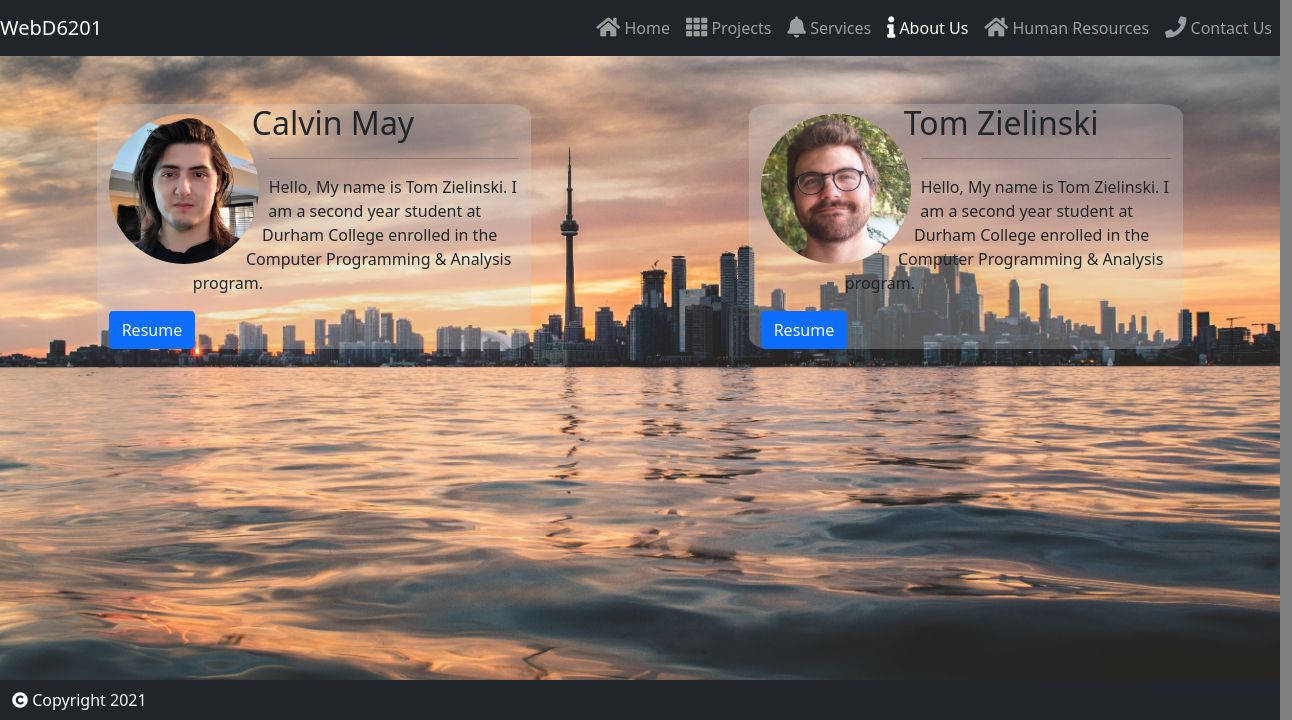
Repository: Tomelinski/Webd6201-Lab02
Page: about.html
The author's editor kept a copy of each file at every save. The page is drawn from the files as they stood at one save, then again after the next save.
The browser window is 1280 px wide. The page is 1292 px wide, so the pictures cover 1292 px, including what lies to the right of the window. The pictures show the whole page.

Above is the page before, as saved 2021-02-05 19:31:02.

### about.html
<!-- Author(s): Tom Zielinski,
 *              Calvin May
 *
 *   Date: 02/02/2021 | Last Modified: 02/03/2021
 *   Document: about.html
 *   Description: ...
-->
<!DOCTYPE html>
<html lang="en">
<head>
    <meta charset="UTF-8">
    <meta name="viewport" content="width=device-width, initial-scale=1.0">
    <title>About</title>
    <!-- -->
    <link rel="stylesheet" href="./node_modules/bootstrap/dist/css/bootstrap.min.css">
    <link rel="stylesheet" href="./node_modules/@fortawesome/fontawesome-free/css/all.min.css">
    <link rel="stylesheet" href="./Content/app.css">

</head>
<body>
      <!-- Main header -->
      <header>
        <!-- Main Nav -->
          <nav class="navbar navbar-expand-lg navbar-dark bg-dark ">
              <a class="navbar-brand" href="./index.html">WebD6201</a>
              <button class="navbar-toggler" type="button" data-toggle="collapse" data-target="#navbarSupportedContent" aria-controls="navbarSupportedContent" aria-expanded="false" aria-label="Toggle navigation">
                <span class="navbar-toggler-icon"></span>
              </button>

              <div class="collapse navbar-collapse" id="navbarSupportedContent">
                <ul id="pageList" class="navbar-nav ms-auto mb-2 mb-lg-0">
                  <li class="nav-item ">
                    <a class="nav-link" aria-current="page" href="index.html"><i class="fas fa-home fa-lg"></i> Home</a>
                  </li>

                  <li class="nav-item">
                      <a id="projects" class="nav-link" aria-current="page" href="products.html"><i class="fas fa-th fa-lg"></i> Products</a>
                  </li>

                  <li class="nav-item">
                      <a class="nav-link" aria-current="page" href="services.html"><i class="fas fa-bell fa-lg"></i> Services</a>
                  </li>

                  <li class="nav-item">
                      <a class="nav-link active" aria-current="page" href="about.html"><i class="fas fa-info fa-lg"></i> About Us</a>
                  </li>

                  <li class="nav-item">
                      <a class="nav-link" aria-current="page" href="contact.html"><i class="fas fa-phone fa-lg"></i> Contact Us</a>
                  </li>
                </ul>
              </div>
            </nav>
      </header>

      <main>
        <div class="container"></div>
          <div class="row justify-content-around">
            <div id="about-calvin" class="col-4 mt-5 about-background">

            </div>
            <div id="about-tom" class="col-4 mt-5 about-background">

            </div>
          </div>
        </div>
      </main>

    <!-- Script section -->
    <script src="./node_modules/jquery/dist/jquery.min.js"></script>
    <script src="./node_modules/bootstrap/dist/js/bootstrap.bundle.min.js"></script>
    <script src="./Scripts/app.js"></script>
</body>

</html>

### Content/app.css
/* Author(s): Tom Zielinski,
 *              Calvin May
 *
 *   Date: 02/02/2021 | Last Modified: 02/03/2021
 *   Document: Services.html
 *   Description: ...
*/
/* Custom css page */
body{
    width:100vw;
    height:100vh;
    background: url("../Pictures/Toronto.jpg") no-repeat center center fixed;
    -webkit-background-size: cover;
    -moz-background-size: cover;
    -o-background-size: cover;
    background-size: cover;
    overflow-x: hidden;
    margin:0px;
    min-height:100%;
    background-color: gray;
}

.headshot-portrait{
    width: 150px;
    height: 150px;
    border-radius: 50%;
    float: left;
    shape-outside: circle();
    margin: 10px 10px 15px 0px;
}

.about-background{
    background: rgba(210, 210, 210, 0.3);
    border-radius: 5%;

}

### Scripts/app.js
/** Author(s): Tom Zielinski,
 *             Calvin May
 *
 *  Date: 02/02/2021 | Last Modified: 02/03/2021
 *  Document: app.js
 *  Description: ...
 */

/** Custom JavaScript Page */

/** IFFE Function */
(() => {

    // Declarations
    let mainContent = document.getElementsByTagName("main")[0]; // Holds the <main> element


    // First Fix the upper, lower navbars. Ensuring they display properly
    fixNavBars();

    /** Web Application Startup Functions */
    /** Start() - Lets the application know which content to load
     *          based on the title of the document.
    */
    function Start() {
        console.log("Web App Started.");``


        // A switch case used to figure out which page is being loaded.
        switch (document.title) {
            case "Home":
                displayHomePage();
                break;
            case "About":
                displayAboutPage();
                break;
            case "Contact":
                displayContactPage();
                break;
            case "Projects":
                displayProjectsPage();
                break;
            case "Services":
                displayServicesPage();
                break;
            case "Human Resources":
                displayHumanResourcesPage();
                break;
        }

    }

    /** Display Page Content Functions */
    /** displayHomePage() - Loads the Content for index.html */
    function displayHomePage() {

        let newParagraph = document.createElement("p");
        newParagraph.setAttribute("id", "paragraphOne");
        newParagraph.className = "fs-6 col col-md-4 mt-5 m-auto px-4 border border-dark border-4 rounded";
        newParagraph.textContent = "Welcome to Cavlin May's and Tom Zielinski's Webd6201 Lab01 webpage.";

        mainContent.appendChild(newParagraph);
    }

    /** displayAboutPage() - Loads the Content for about.html */
    function displayAboutPage() {

        // About Tom Content
        //-Create Elements for About Tom
        let aboutTomDiv = document.getElementById("about-tom");
        let tomHeading = document.createElement("h2");
        let pic = document.createElement("img");
        let aboutTom = document.createElement("p");
        let tomResume = document.createElement("a");

        // Set the Attributes, html, and Content for Toms Elements
        //-Name Heading
        tomHeading.textContent = "Tom Zielinski";
        //-Portrait
        pic.setAttribute("src", "../Pictures/Tom.jpeg");
        pic.setAttribute("class", "headshot-portrait");
        pic.setAttribute("alt", "Headshot of Tom");
        //-Resume
        tomResume.setAttribute("href", "../files/resumes/Tom_Resume.pdf");
        tomResume.setAttribute("download", "");
        tomResume.setAttribute("class", "btn btn-primary");
        tomResume.textContent = "Resume";
        //-About Info
        aboutTom.innerHTML = `<hr/><p>Hello, My name is Tom Zielinski. I am a second year student at Durham College enrolled in the Computer Programming & Analysis program.</p>`;

        // Insert the Elements within the about-tom div
        aboutTomDiv.appendChild(pic);
        aboutTomDiv.appendChild(tomHeading);
        aboutTomDiv.appendChild(aboutTom);
        aboutTomDiv.appendChild(tomResume);

        // About Calvin Content
        //-Create Elements for About Calvin
        let aboutCalvinDiv = document.getElementById("about-calvin");
        let calvinHeading = document.createElement("h2");
        let calvinPortrait = document.createElement("img");
        let aboutCalvin = document.createElement("p");
        let calvinResume = document.createElement("a");

        // Set the Attributes, html, and Content for Toms Elements
        //-Name Heading
        calvinHeading.textContent = "Calvin May";
        //-Portrait
        calvinPortrait.setAttribute("src", "../Pictures/Calvin.jpg");
        calvinPortrait.setAttribute("class", "headshot-portrait");
        calvinPortrait.setAttribute("alt", "Headshot of Tom");
        //-Resume
        calvinResume.setAttribute("href", "../files/resumes/Calvin_Resume.pdf");
        calvinResume.setAttribute("download", "");
        calvinResume.setAttribute("class", "btn btn-primary");
        calvinResume.textContent = "Resume";
        //-About Info
        aboutCalvin.innerHTML = `<hr/>
        <p>Hello, My name is Tom Zielinski. I am a second year student at Durham College enrolled in the Computer Programming & Analysis program.
        </p>`;

        // Insert the Elements within the about-tom div
        aboutCalvinDiv.appendChild(calvinPortrait);
        aboutCalvinDiv.appendChild(calvinHeading);
        aboutCalvinDiv.appendChild(aboutCalvin);
        aboutCalvinDiv.appendChild(calvinResume);
    }

    /** displayContactPage() - Loads the Content for contact.html */
    function displayContactPage() {

    }

    /** displayProjectsPage() - Loads the Content for projects.html */
    function displayProjectsPage() {

    }

    /** displayServicesPage() - Loads the Content for services.html */
    function displayServicesPage() {

    }

    /** displayHumanResourcesPage() - Loads the Content for human_resources.html */
    function displayHumanResourcesPage() {


    }

    /**
     * fixNavBars() - This Function is used to finish creating the Header/Footer Navbars
     *              using DOM Manipulation and Injection. First it fixes the "Products"
     *              NavBar link to correctly show, "Projects" and link to the projects.html
     *              page. It also Insert a new NavBar link, "Human Recources" between
     *              "About us" and "Contact Us" links. Finally, it adds a footer to the
     *              bottom of the page.
     */
    function fixNavBars()
    {
        // Fix the "Products" Nav item
        let projectPageAnchor = document.getElementById("projects");    // Get the Nav item Anchor tag by id
        projectPageAnchor.setAttribute("href", "projects.html");        // Correctly set the Hypertext Reference attribute
        projectPageAnchor.innerHTML = "<i class=\"fas fa-th fa-lg\"></i> Projects"; // Correctly set the text to indicate a project page

        // Insert a Nav item for Human Resources
        let navBarItemList = document.getElementById("pageList");  // Get the <ul> holding the Page links
        let humanResourcesListItem = document.createElement("li"); // Create a new list Item
        humanResourcesListItem.setAttribute("class", "nav-item");  // Set the class of the list item to "nav-item"
        // Create the anchor that will exist within the humanResourcesListItem
        let hrListItemData = '<a class="nav-link" aria-current="page" ' +
                             'href="human_resources.html"><i class="fas fa-home fa-lg"></i> Human Resources</a>';
        // Set the innerHtml with the data above
        humanResourcesListItem.innerHTML = hrListItemData;
        // Insert the new listitem before the 8th child within the <ul>
        //-(8th because it counts both the <li> elements and the <a> elements within)
        navBarItemList.insertBefore(humanResourcesListItem, navBarItemList.childNodes[8]);


        // Insert a new footer NavBar
        let footerData = "";    // A variable to hold the html code for the footers navBar
        // Create the footer element
        let pageFooter = document.createElement("footer");
        // Insert the new footer element before the "next" sibling of <main>
        //-Reads as <body>.insertBefore(pageFooter, elementAfterMain)
        mainContent.parentNode.insertBefore(pageFooter, mainContent.nextSibling);

        footerData = '<nav class="navbar fixed-bottom navbar-dark bg-dark"> ' +
                     '<div class="container-fluid"> ' +
                     '<h7 class="text-light"><i class="fas fa-copyright text-light"></i> Copyright 2021</h7> ' +
                     '</div> ' +
                     '</nav> ';
        pageFooter.innerHTML = footerData;

    }

    // Add an event listener for the load event (Page load).
    //-Call the Start() function so that we can display page
    //-specific content
    window.addEventListener("load", Start);

})();

Loaded but not shown: node_modules/bootstrap/dist/css/bootstrap.min.css (library); node_modules/@fortawesome/fontawesome-free/css/all.min.css (library); node_modules/jquery/dist/jquery.min.js (library); node_modules/bootstrap/dist/js/bootstrap.bundle.min.js (library)

After the next save:
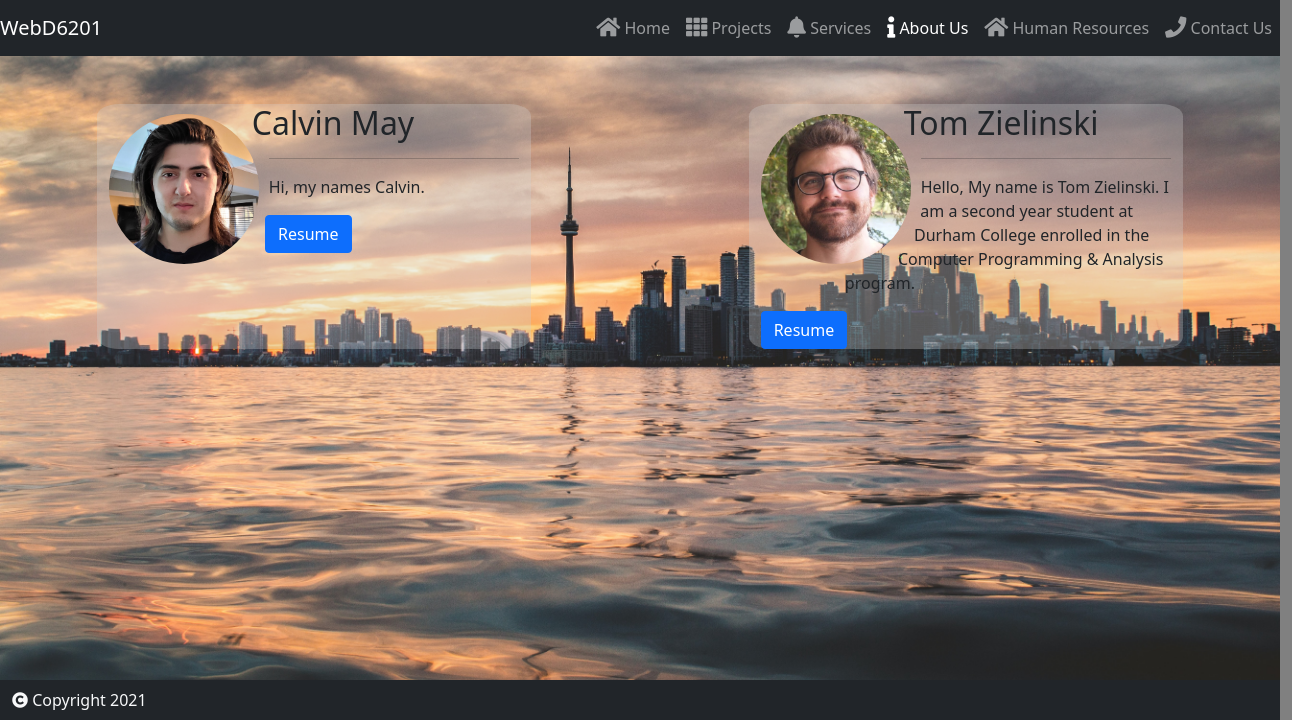
Saved 24 s later.
--- a/Scripts/app.js
+++ b/Scripts/app.js
@@ -116,7 +116,7 @@
         calvinResume.textContent = "Resume";
         //-About Info
         aboutCalvin.innerHTML = `<hr/>
-        <p>Hello, My name is Tom Zielinski. I am a second year student at Durham College enrolled in the Computer Programming & Analysis program.
+        <p>Hi, my names Calvin. <br/>
         </p>`;
 
         // Insert the Elements within the about-tom div
